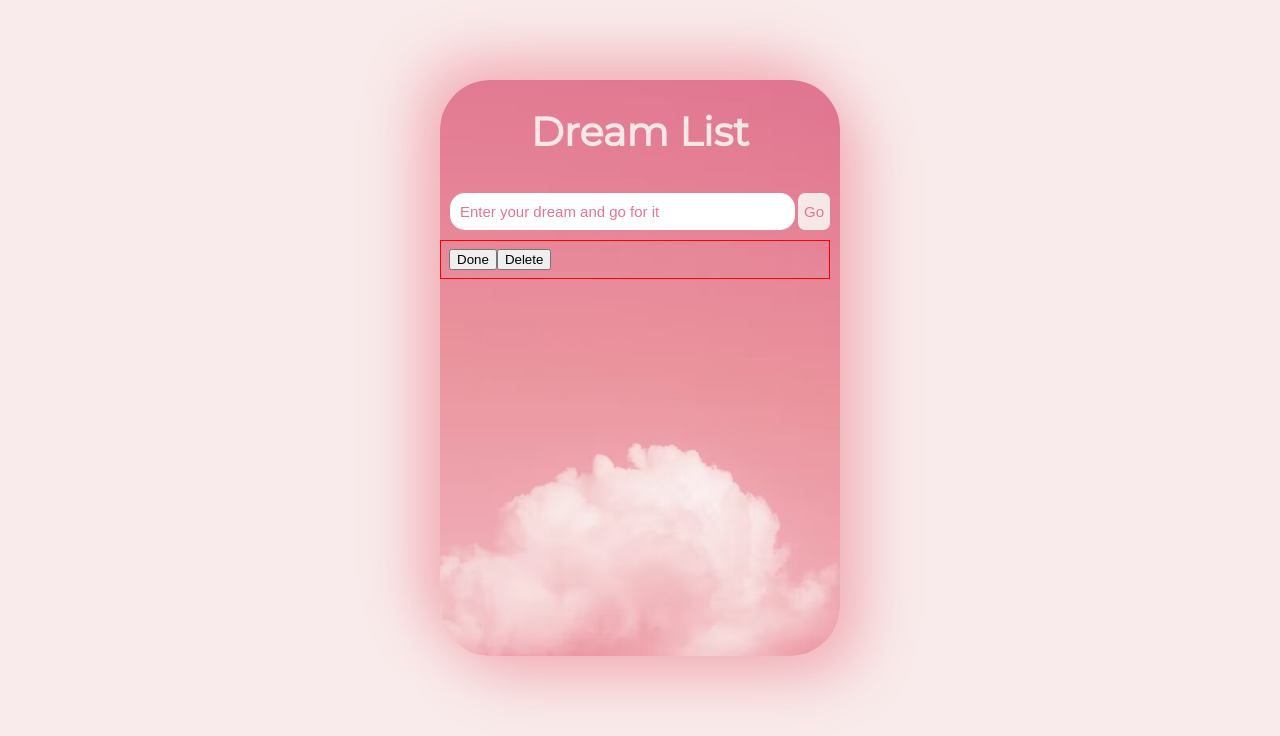
Repository: asya-aisa/grocery-list
Page: /, after clicking the first element matching `button.btn-add`
An editor plug-in stored every save of this project. The page is shown before and after the next save, followed by the edit.
The browser window is 1280 px wide. The pictures show the whole page.
The project was rebuilt for these pictures with package versions that can differ from the ones it lists, and the page was loaded fresh each time.

Above is the page before, as saved 2023-07-14 16:37:15.

### public/index.html
<!DOCTYPE html>
<html lang="en">
  <head>
    <meta charset="utf-8" />
    <link rel="icon" href="%PUBLIC_URL%/favicon.ico" />
    <meta name="viewport" content="width=device-width, initial-scale=1" />
    <meta name="theme-color" content="#000000" />
    <meta
      name="description"
      content="Web site created using create-react-app"
    />
    <link rel="apple-touch-icon" href="%PUBLIC_URL%/logo192.png" />
    <!--
      manifest.json provides metadata used when your web app is installed on a
      user's mobile device or desktop. See https://developers.google.com/web/fundamentals/web-app-manifest/
    -->
    <link rel="manifest" href="%PUBLIC_URL%/manifest.json" />
    <link rel="preconnect" href="https://fonts.googleapis.com">
    <link rel="preconnect" href="https://fonts.gstatic.com" crossorigin>
    <link href="https://fonts.googleapis.com/css2?family=Montserrat:ital@0;1&display=swap" rel="stylesheet">
    <!--
      Notice the use of %PUBLIC_URL% in the tags above.
      It will be replaced with the URL of the `public` folder during the build.
      Only files inside the `public` folder can be referenced from the HTML.

      Unlike "/favicon.ico" or "favicon.ico", "%PUBLIC_URL%/favicon.ico" will
      work correctly both with client-side routing and a non-root public URL.
      Learn how to configure a non-root public URL by running `npm run build`.
    -->
    <title>React App</title>
  </head>
  <body>
    <noscript>You need to enable JavaScript to run this app.</noscript>
    <div id="root"></div>
    <!--
      This HTML file is a template.
      If you open it directly in the browser, you will see an empty page.

      You can add webfonts, meta tags, or analytics to this file.
      The build step will place the bundled scripts into the <body> tag.

      To begin the development, run `npm start` or `yarn start`.
      To create a production bundle, use `npm run build` or `yarn build`.
    -->
  </body>
</html>

### src/App.js

import './App.css';
import { DreamList } from './DreamList';

function App() {
  return (
    <div className="App">
      <div className='container'>
        <h1>Dream List</h1>
      </div>
      <DreamList />
    </div>
  );
}

export default App;

### src/App.css
.App {
  background-image: url(fon-img.jpg);
  background-position: center;
  background-size: cover;
  background-repeat: no-repeat;
  width: 400px;
  min-height: 80vh;
  margin: 80px auto;
  border-radius: 50px;
  box-shadow:  20px 20px 60px #f1b0b8,
             -20px -20px 60px #f1b0b8;
}
body {
  background-color: #f9ebeb;
}
.container {
  display: flex;
  justify-content: center;
}
h1 {
  color:#f6e8e7;
  font-size: 40px;
  font-family: 'Montserrat', sans-serif;
}

input {
  flex: 1;
  padding: 10px;
  font-size: 15px;
  border: none;
  border-radius: 15px;
  outline: none;
  color: #e17692;
}
::placeholder {
  color: #e17692;
}

.container-input {
  display: flex;
  justify-content: center;
  margin: 10px;
}

.btn-add {
  border: none;
  font-size: 15px;
  border-radius: 7px;
  background-color: #f6e8e7;
  color: #e17692;
  margin-left: 3px;
}

ul {
  margin: 0px;
  padding: 0px;
}

.item {
  list-style: none;
  margin-right: 10px;
  padding: 8px;
  border: 1px red solid;
}

### src/DreamList.js
import { Component } from "react";

export class DreamList extends Component {

    state = {
        inputDream: '',
        dreamList: []
    }

    upDateInput(e) {
        this.setState({
            inputDream: e
        })
    }
    AddDream(input) {
        let dreamArray = this.state.dreamList;
        dreamArray.push(input);
        this.setState({dreamList: dreamArray, inputDream: ''})
    }

    DeleteItem(number) {
        let dreamArray = this.state.dreamList;
        dreamArray.splice(number,1);
        this.setState({dreamList: dreamArray})
    }





    render() {
        return <div>
            <div className="container-input">
              <input type="text" placeholder="Enter your dream and go for it"
              onChange={(e) => {this.upDateInput(e.target.value)}}
              value={this.state.inputDream}/>

              <button className="btn-add" onClick={() => this.AddDream(this.state.inputDream)}>Go</button>
            </div>


            <ul>
                {this.state.dreamList.map((item, index) => (
                    <li className="item" key={index}>
                        {item}
                        <button>Done</button>
                        <button onClick={() => this.DeleteItem(index)}>Delete</button>
                    </li>
                ))}
            </ul>
        </div>
    }
}

Loaded but not shown: src/index.js (common file); src/reportWebVitals.js (common file)

After the next save:
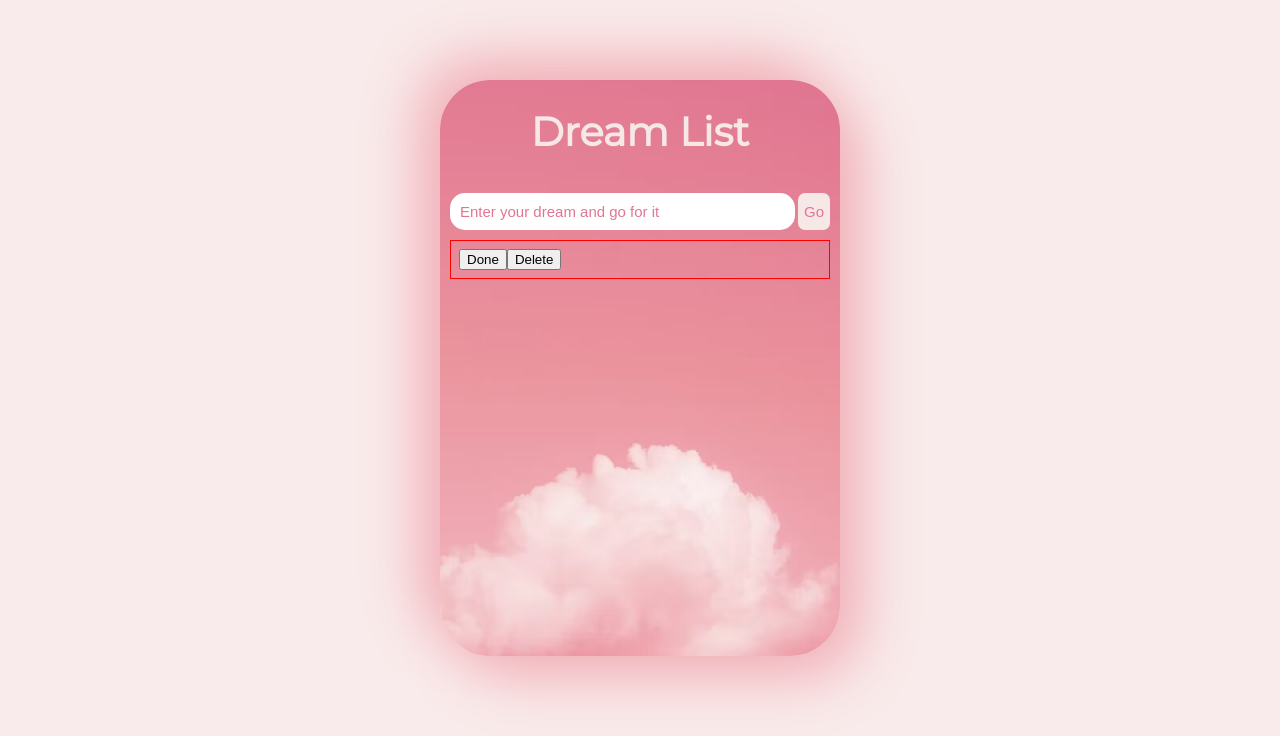
Saved 9 s later.
--- a/src/App.css
+++ b/src/App.css
@@ -58,7 +58,7 @@ ul {
 
 .item {
   list-style: none;
-  margin-right: 10px;
+  margin: 10px;
   padding: 8px;
   border: 1px red solid;
 }
